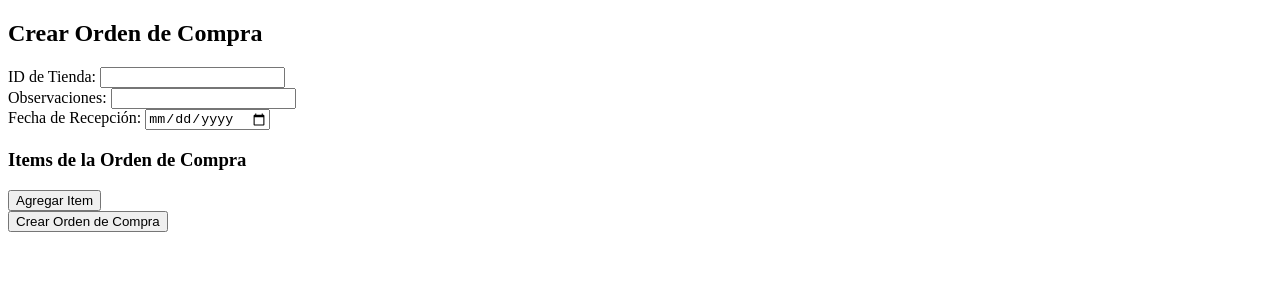
Repository: shulenn/tpKakfa-grupo10
Page: http://localhost/crear_oc
These files come from the project's save history. The page is drawn as it stood at one moment and after the next save; the edit follows.
The browser window is 1280 px wide. The pictures show the whole page.
The page is this project's Thymeleaf template; nobody is signed in. The template is opened directly, without the code that normally fills it, so the values that code supplies are empty.

Above is the page before, as saved 2024-10-28 21:50:02.

### tpKakfa-grupo10/src/main/resources/templates/crear_oc.html
<!DOCTYPE html>
<html lang="es">
<head>
    <meta charset="UTF-8">
    <meta name="viewport" content="width=device-width, initial-scale=1.0">
    <title>Crear Orden de Compra</title>
</head>
<body>
    <h2>Crear Orden de Compra</h2>
    <form id="ordenCompraForm">
        <label for="tiendaId">ID de Tienda:</label>
        <input type="number" id="tiendaId" name="tiendaId" required><br>

        <label for="observaciones">Observaciones:</label>
        <input type="text" id="observaciones" name="observaciones"><br>

        <label for="fechaRecepcion">Fecha de Recepción:</label>
        <input type="date" id="fechaRecepcion" name="fechaRecepcion"><br>

        <h3>Items de la Orden de Compra</h3>
        <div id="itemsContainer">
            <!-- Aquí se agregarán dinámicamente los items -->
        </div>
        <button type="button" onclick="agregarItem()">Agregar Item</button><br>

        <button type="submit">Crear Orden de Compra</button>
    </form>

    <script src="https://cdn.jsdelivr.net/npm/axios/dist/axios.min.js"></script>
    <script src="/js/ordenCompra.js"></script>
</body>
</html>

### tpKakfa-grupo10/src/main/resources/static/js/ordenCompra.js
// Agregar un nuevo item al formulario
function agregarItem() {
    const itemsContainer = document.getElementById("itemsContainer");
    const itemDiv = document.createElement("div");

    itemDiv.innerHTML = `
        <label>Producto Código:</label>
        <input type="number" name="productoCodigo" required>
        <label>Color:</label>
        <input type="text" name="color" required>
        <label>Talle:</label>
        <input type="text" name="talle" required>
        <label>Cantidad:</label>
        <input type="number" name="cantidad" required>
        <button type="button" onclick="eliminarItem(this)">Eliminar</button>
        <br><br>
    `;

    itemsContainer.appendChild(itemDiv);
}

// Eliminar un producto del formulario
function eliminarItem(button) {
    const itemDiv = button.parentElement;
    itemDiv.remove();
}

// Manejar la creación de la orden de compra
document.getElementById("ordenCompraForm").addEventListener("submit", async function (event) {
    event.preventDefault();

    const tiendaId = parseInt(document.getElementById("tiendaId").value);

    const items = Array.from(document.getElementById("itemsContainer").children).map(itemDiv => {
        return {
            color: itemDiv.querySelector("input[name='color']").value,
            talle: itemDiv.querySelector("input[name='talle']").value,
            cantidad: parseInt(itemDiv.querySelector("input[name='cantidad']").value),
            producto: {
                codigo: parseInt(itemDiv.querySelector("input[name='productoCodigo']").value)
            }
        };
    });

    const ordenCompra = {
        tiendaId,
        itemsOrdenCompra: items
    };

    try {
        const response = await axios.post("http://localhost:8080/ordenes-compra", ordenCompra);
        alert("Orden de compra creada con éxito: " + JSON.stringify(response.data));
    } catch (error) {
        alert("Error al crear la orden de compra: " + (error.response ? error.response.data : error.message));
    }
});

After the next save:
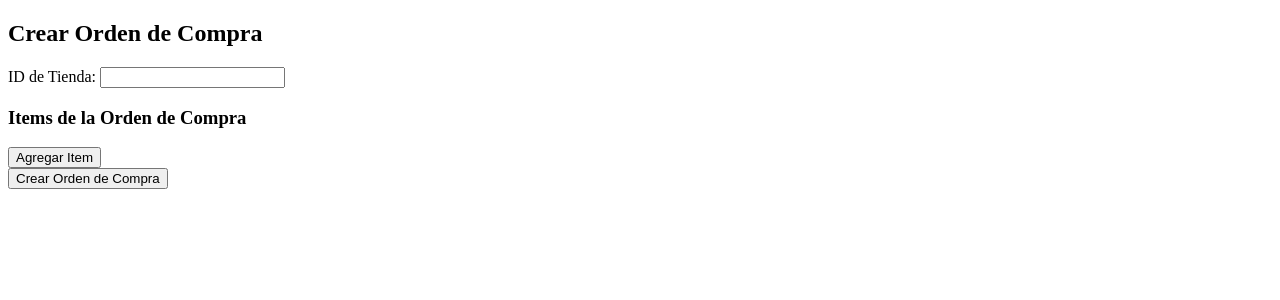
Saved 18 s later.
--- a/tpKakfa-grupo10/src/main/resources/templates/crear_oc.html
+++ b/tpKakfa-grupo10/src/main/resources/templates/crear_oc.html
@@ -10,12 +10,6 @@
     <form id="ordenCompraForm">
         <label for="tiendaId">ID de Tienda:</label>
         <input type="number" id="tiendaId" name="tiendaId" required><br>
-
-        <label for="observaciones">Observaciones:</label>
-        <input type="text" id="observaciones" name="observaciones"><br>
-
-        <label for="fechaRecepcion">Fecha de Recepción:</label>
-        <input type="date" id="fechaRecepcion" name="fechaRecepcion"><br>
 
         <h3>Items de la Orden de Compra</h3>
         <div id="itemsContainer">
